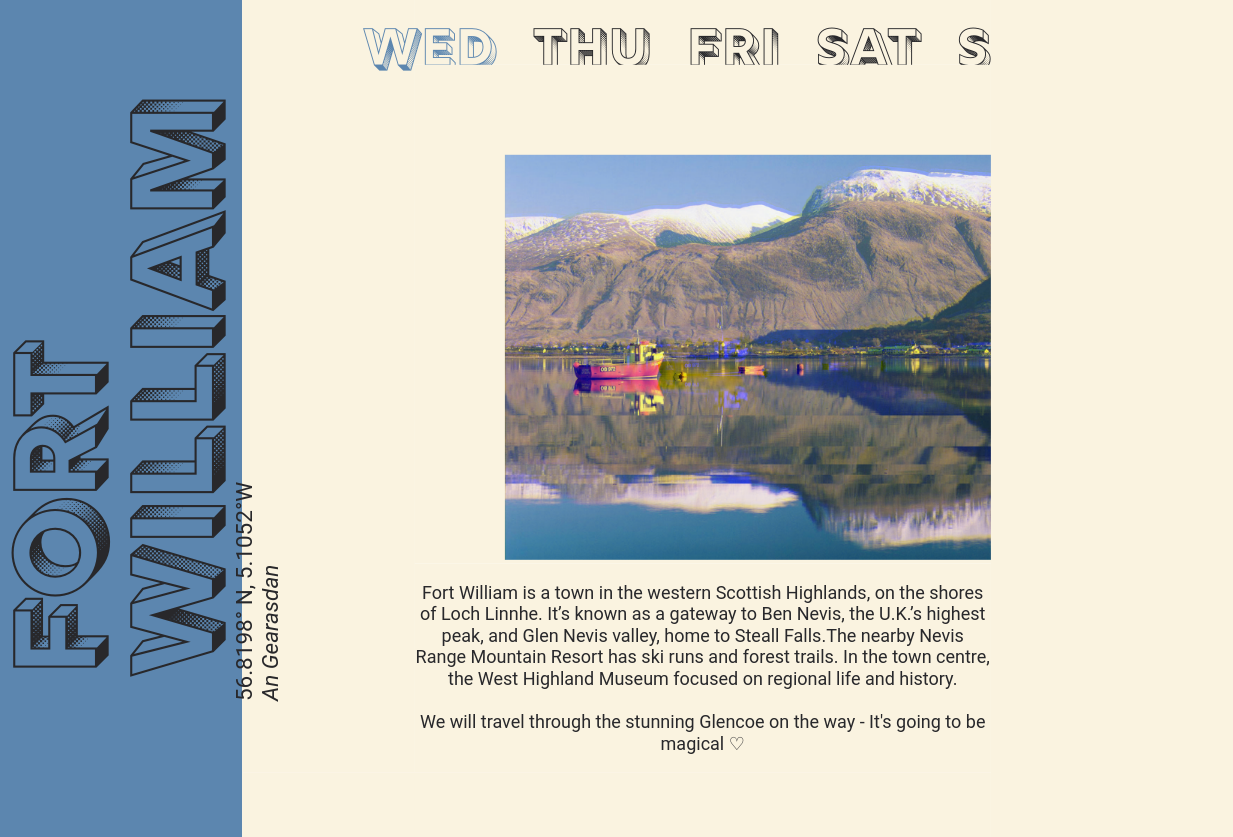
Repository: etak-yram/FINAL-CFG-WEB-DEV
Page: wednesday.html
The author's editor kept a copy of each file at every save. The page is drawn from the files as they stood at one save, then again after the next save.
The browser window is 1280 px wide. The page is 1370 px wide, so the pictures cover 1370 px, including what lies to the right of the window. The pictures show the whole page, at 90% of full size.

Above is the page before, as saved 2022-07-27 11:44:49.

### wednesday.html
<!DOCTYPE html>
<html lang="en">

<style>
    #menu-item-wed {
    color: #5c86af;
}

    #aside-color-w {
    background-color: #5c86af;
}

    #aside-text-wed {
        font-size: 6em;
    }

    #aside-text-wed {
        font-size: 6em;
    }
</style>

<head>
    <meta charset="UTF-8">
    <meta http-equiv="X-UA-Compatible" content="IE=edge">
    <meta name="viewport" content="width=device-width, initial-scale=1.0">
    <link rel="stylesheet" type="text/css" href="style-main.css"/>

    <title>WED</title>
</head>
<body>
        <aside id="aside-color-w">
            <div class="aside-text-h" id="aside-text-wed">
                <h1>Fort<br>William</h1>
            </div>
        </aside>

        <subtext>
            <p class="sub-text">56.8198° N, 5.1052°W<br><em>An Gearasdan</em></p>
        </subtext>

        <header>
            <ul class="navbar">
                <li><a href="/wednesday.html" id="menu-item-wed" class="menu-item">Wed</a></li>
                <li><a href="/thursday.html" id="menu-item-thu" class="menu-item">Thu</a></li>
                <li><a href="/friday.html" id="menu-item-fri" class="menu-item">Fri</a></li>
                <li><a href="/saturday.html" id="menu-item-sat" class="menu-item">Sat</a></li>
                <li><a href="/sunday.html" id="menu-item-sun" class="menu-item">Sun</a></li>
            </ul>
        </header>



        <mobile-header>
            <ul class="mobile-navbar">
                <li><a href="/wednesday.html" id="menu-item-wed" class="menu-item">W</a></li>
                <li><a href="/thursday.html" id="menu-item-thu" class="menu-item">T</a></li>
                <li><a href="/friday.html" id="menu-item-fri" class="menu-item">F</a></li>
                <li><a href="/saturday.html" id="menu-item-sat" class="menu-item">S</a></li>
                <li><a href="/sunday.html" id="menu-item-sun" class="menu-item">S</a></li>
            </ul>
        </mobile-header>



        <main-img>
            <div>
                <img class="home-image" src="/images/Fort William.png">
            </div>
        </main-img>

        <main><p>Fort William is a town in the western Scottish Highlands, on the shores of Loch Linnhe. It’s known as a gateway to Ben Nevis, the U.K.’s highest peak, and Glen Nevis valley, home to Steall Falls.The nearby Nevis Range Mountain Resort has ski runs and forest trails. In the town centre, the West Highland Museum focused on regional life and history.<br><br>
        We will travel through the stunning Glencoe on the way - It's going to be magical ♡</p></main>

        <footer></footer>

        <rightside></rightside>

</html>

### style-main.css
@font-face {
  font-family: halftone;
  src: url("/fonts/MyFontsWebfontsKit/webFonts/RigBoldHalftone/font.woff");
}
@import url('https://fonts.googleapis.com/css2?family=Roboto:wght@100&display=swap');
/* font-family: 'Roboto', sans-serif; */

body, html {
  height: 100vh;
}


body {
  margin: 0;
  display: grid;
  grid-template-columns: 21% 15% 20% 30% 21% ;
  grid-template-rows: 10% auto auto 10%;
  grid-template-areas:
    "sidebar subtext header header aside"
    "sidebar subtext main-img main-img aside"
    "sidebar subtext main main aside"
    "sidebar footer footer footer aside";
}


/* right sidebar */

rightside {
  grid-area: aside;
  background-color:#faf3e0;
}

/* sidebar */
aside {
  grid-area: sidebar;
}

.aside-text-h {
  transform: rotate(-90deg);
  transform-origin:bottom right;
  padding-top: 100px;
}

.aside-text-h h1 {
  font-family: halftone;
  color: #28282B;
  line-height: 130px;
}

/* subtext */

subtext {
  grid-area: subtext;
  background-color:#faf3e0;
}

.sub-text {
  font-family: 'Roboto', sans-serif;
  color:#28282B;
  font-size: 25px;
  transform: rotate(-90deg);
  transform-origin:bottom;
  padding-top: 550px;
  margin-left: -100px;
}


/* navbar */



header {
  grid-area: header;
  background-color:#faf3e0;
}


.navbar {
  display: flex;
  list-style: none;
  justify-content: center;
  justify-items: center;

}

.navbar a {
  font-family: halftone;
  text-decoration: none;
  color: #28282B;
  font-size: 4rem;
  padding: 20px;
}

#menu-item-wed:hover {
	color: #5c86af;
}
#menu-item-thu:hover {
	color: #ff914d;
}
#menu-item-fri:hover {
	color: #ffde59;
}
#menu-item-sat:hover {
	color: #03989e;
}
#menu-item-sun:hover {
	color: #b071c2;
}

/* main image  */

main-img {
  grid-area: main-img;
  background-color:#faf3e0;
  display: flex;
  align-items: center;
  padding-left: 100px;
  padding-top: 100px;
}

.home-image {
  width: 800px;
}


/* paragraph of info */
main {
  grid-area: main;
  background-color: #faf3e0;
  text-align: center;
}

main p {
  font-family: 'Roboto', sans-serif;
  color:#28282B;
  font-size: 20px;
}


/* footer */
footer {
  grid-area: footer;
  background-color:#faf3e0;
}




/* Media Queries */

/* Extra small devices (phones, 600px and down) */
@media only screen and (max-width: 600px) {

  body {
    margin: 0;
    display: grid;
    grid-template-columns: 1vw;
    grid-template-rows: 10% 15% 10% 25% 25% 10%;
    grid-template-areas:
      "header"
      "sidebar"
      "subtext"
      "main-img"
      "aside"
      "footer";
  }

header {
  display: none;
}

mobile-header {
  grid-area: header;
  background-color:#faf3e0
}

  }

/* Small devices (portrait tablets and large phones, 600px and up) */
@media only screen and (min-width: 600px) {
  mobile-header {
      grid-area: header;
      background-color:#faf3e0;
    }


    .navbar {
      display: flex;
      list-style: none;
      justify-content: center;
      justify-items: center;

    }

    .navbar a {
      font-family: halftone;
      text-decoration: none;
      color: #28282B;
      font-size: 4rem;
      padding: 20px;
    }
  }


/* Medium devices (landscape tablets, 768px and up) */
@media only screen and (min-width: 768px) {
mobile-header {
  display: none;
}
}


/* Large devices (laptops/desktops, 992px and up) */
@media only screen and (min-width: 992px) {
mobile-header {
  display: none;
}
}

/* Extra large devices (large laptops and desktops, 1200px and up) */
@media only screen and (min-width: 1200px) {
mobile-header {
  display: none;
}
}

After the next save:
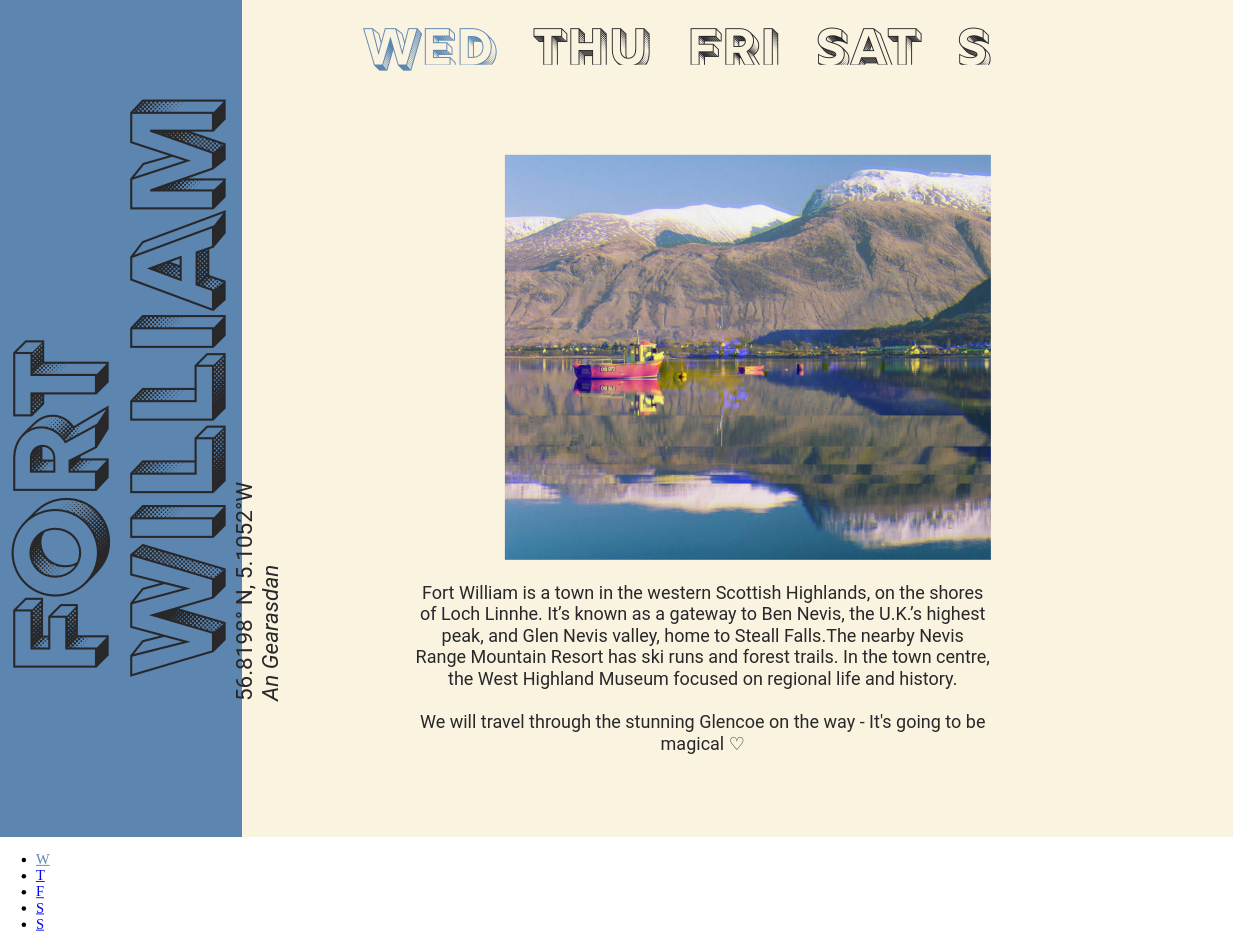
Saved 50 s later.
--- a/style-main.css
+++ b/style-main.css
@@ -142,84 +142,3 @@ footer {
   grid-area: footer;
   background-color:#faf3e0;
 }
-
-
-
-
-/* Media Queries */
-
-/* Extra small devices (phones, 600px and down) */
-@media only screen and (max-width: 600px) {
-
-  body {
-    margin: 0;
-    display: grid;
-    grid-template-columns: 1vw;
-    grid-template-rows: 10% 15% 10% 25% 25% 10%;
-    grid-template-areas:
-      "header"
-      "sidebar"
-      "subtext"
-      "main-img"
-      "aside"
-      "footer";
-  }
-
-header {
-  display: none;
-}
-
-mobile-header {
-  grid-area: header;
-  background-color:#faf3e0
-}
-
-  }
-
-/* Small devices (portrait tablets and large phones, 600px and up) */
-@media only screen and (min-width: 600px) {
-  mobile-header {
-      grid-area: header;
-      background-color:#faf3e0;
-    }
-
-
-    .navbar {
-      display: flex;
-      list-style: none;
-      justify-content: center;
-      justify-items: center;
-
-    }
-
-    .navbar a {
-      font-family: halftone;
-      text-decoration: none;
-      color: #28282B;
-      font-size: 4rem;
-      padding: 20px;
-    }
-  }
-
-
-/* Medium devices (landscape tablets, 768px and up) */
-@media only screen and (min-width: 768px) {
-mobile-header {
-  display: none;
-}
-}
-
-
-/* Large devices (laptops/desktops, 992px and up) */
-@media only screen and (min-width: 992px) {
-mobile-header {
-  display: none;
-}
-}
-
-/* Extra large devices (large laptops and desktops, 1200px and up) */
-@media only screen and (min-width: 1200px) {
-mobile-header {
-  display: none;
-}
-}

After the save that followed:
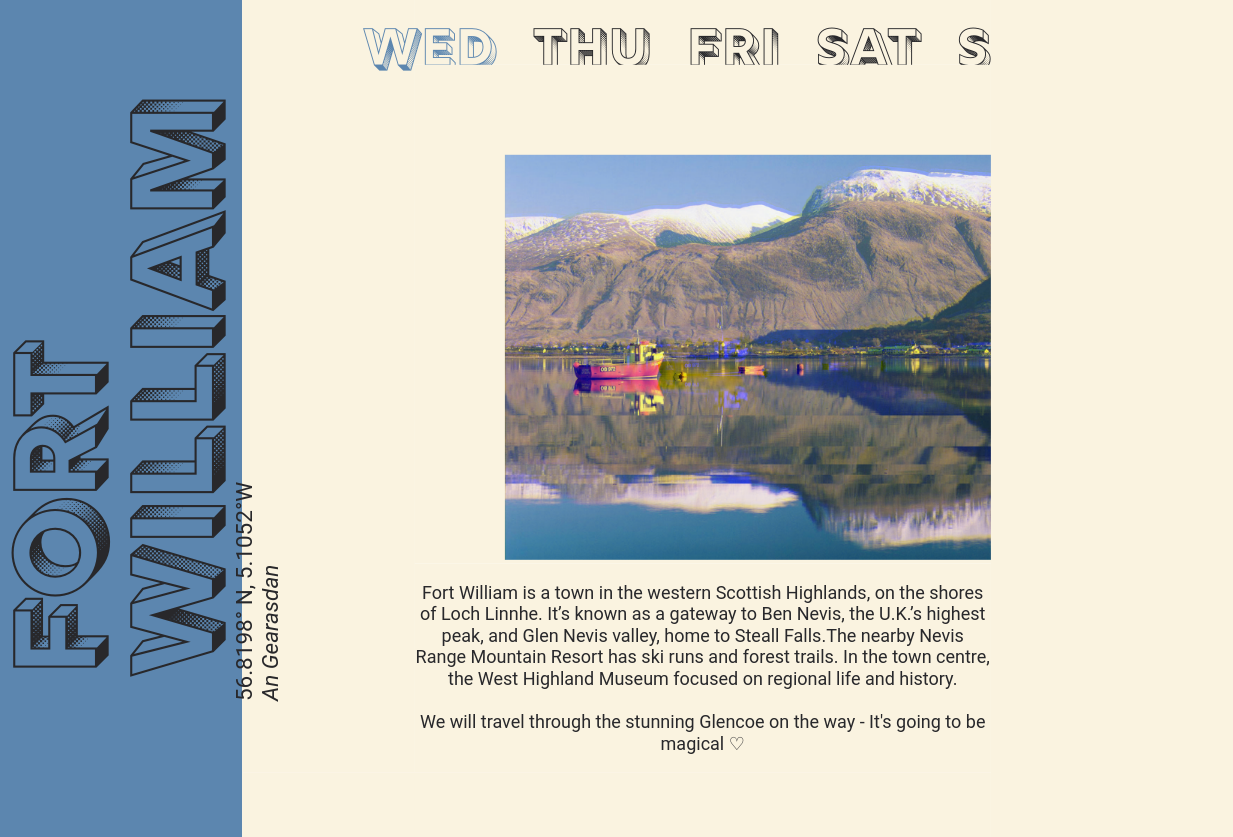
Saved 9 s later.
--- a/wednesday.html
+++ b/wednesday.html
@@ -50,7 +50,7 @@
 
 
 
-        <mobile-header>
+        <!-- <mobile-header>
             <ul class="mobile-navbar">
                 <li><a href="/wednesday.html" id="menu-item-wed" class="menu-item">W</a></li>
                 <li><a href="/thursday.html" id="menu-item-thu" class="menu-item">T</a></li>
@@ -58,7 +58,7 @@
                 <li><a href="/saturday.html" id="menu-item-sat" class="menu-item">S</a></li>
                 <li><a href="/sunday.html" id="menu-item-sun" class="menu-item">S</a></li>
             </ul>
-        </mobile-header>
+        </mobile-header> -->
 
 
 
